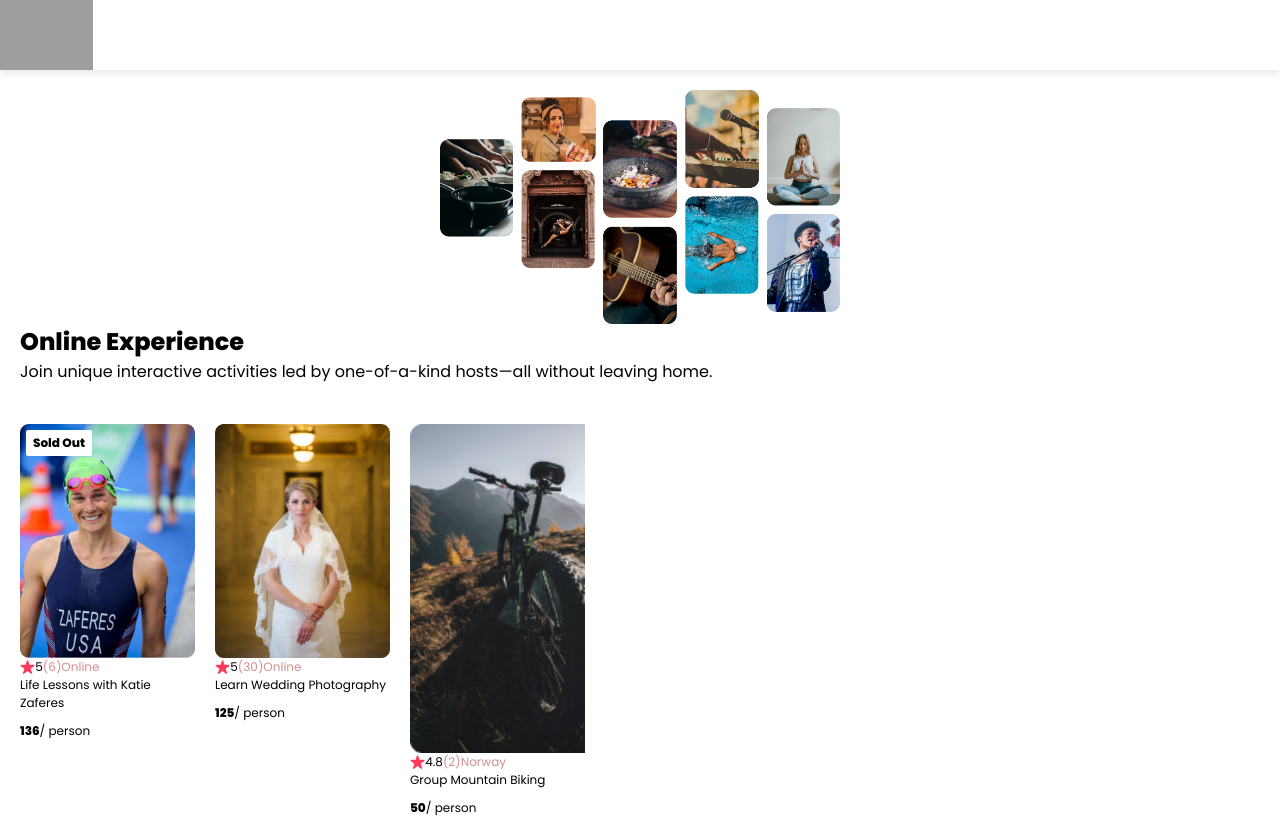
Repository: Richswag009/my-travel-journal
Page: /
These files come from the project's save history. The page is drawn as it stood at one moment and after the next save; the edit follows.
The browser window is 1280 px wide. The pictures show the whole page.
Pictures or frames that could not be fetched are drawn as grey boxes. Some web fonts or font styles are not loaded; a fallback is used. The project was rebuilt for these pictures with package versions that can differ from the ones it lists, and the page was loaded fresh each time.

Above is the page before, as saved 2022-06-17 16:50:01.

After the next save:
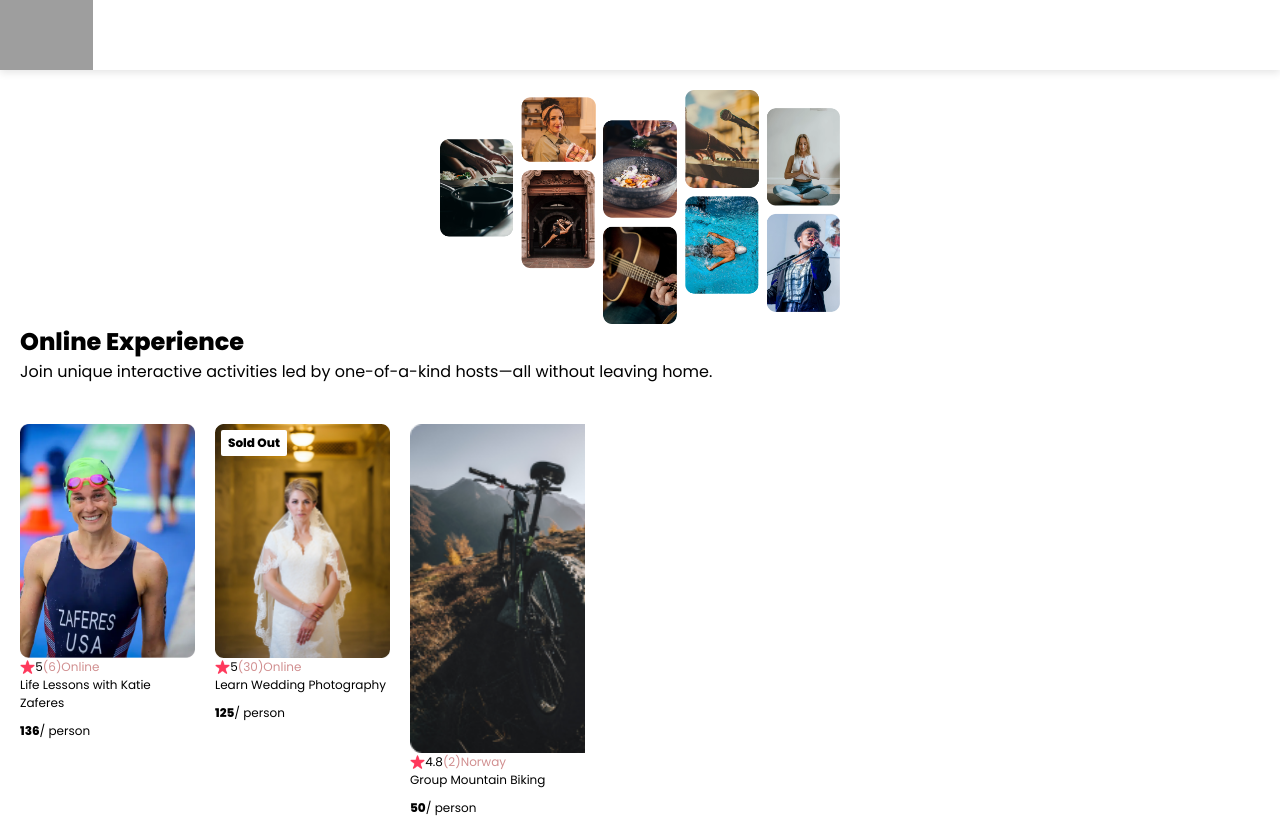
Saved 13 s later.
--- a/src/component/Card.js
+++ b/src/component/Card.js
@@ -7,7 +7,7 @@
     render() {
         return (
             <div className='card'>
-                {this.props.openSpots === 0 && <div className='card-badge'>Sold Out</div>}
+                {this.props.openSpots === 25 && <div className='card-badge'>Sold Out</div>}
                 <img className='card-img' src={`/images/${this.props.img}`} alt="" />
                 <div className='card-stats'>
                 <img className='card-star' src='./images/Star-1.png' alt="" />

After the save that followed:
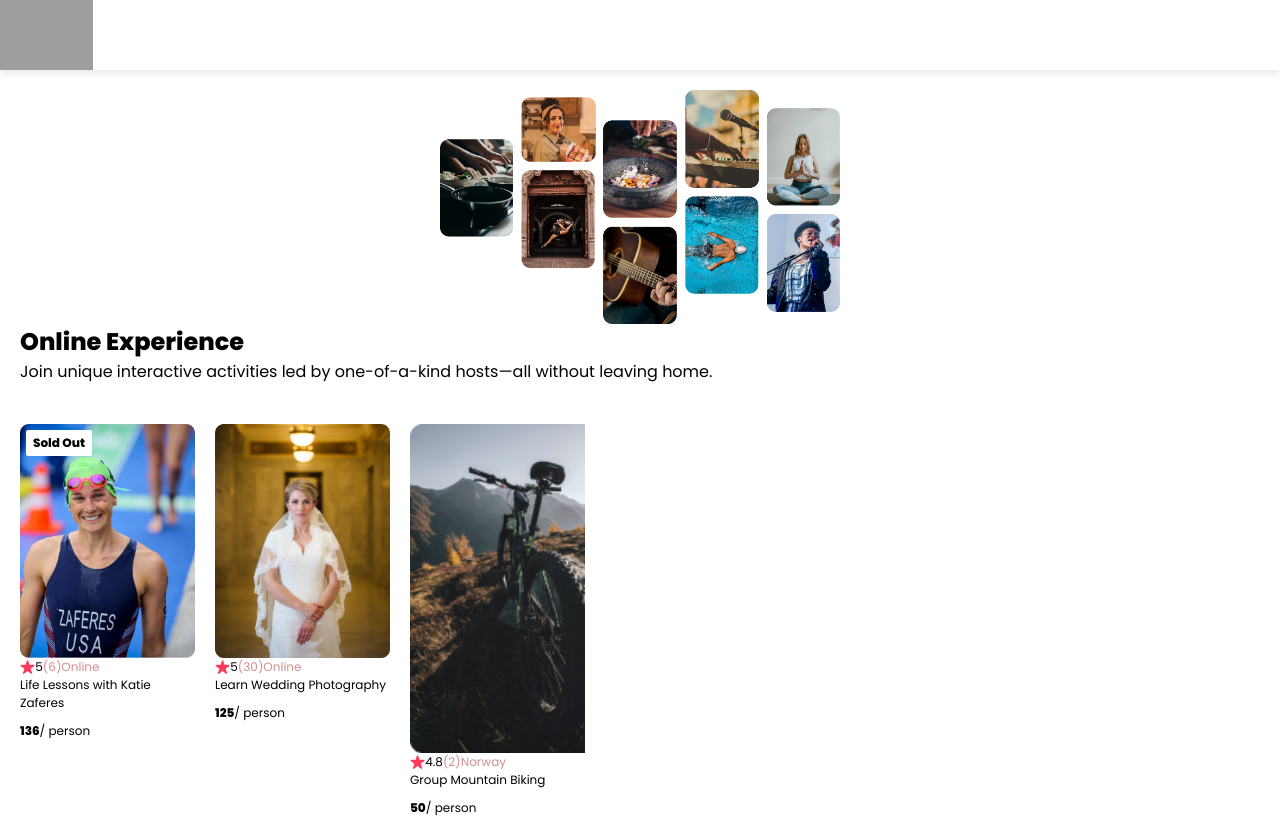
Saved 11 s later.
--- a/src/component/Card.js
+++ b/src/component/Card.js
@@ -7,7 +7,7 @@
     render() {
         return (
             <div className='card'>
-                {this.props.openSpots === 25 && <div className='card-badge'>Sold Out</div>}
+                {this.props.openSpots === 0 && <div className='card-badge'>Sold Out</div>}
                 <img className='card-img' src={`/images/${this.props.img}`} alt="" />
                 <div className='card-stats'>
                 <img className='card-star' src='./images/Star-1.png' alt="" />
